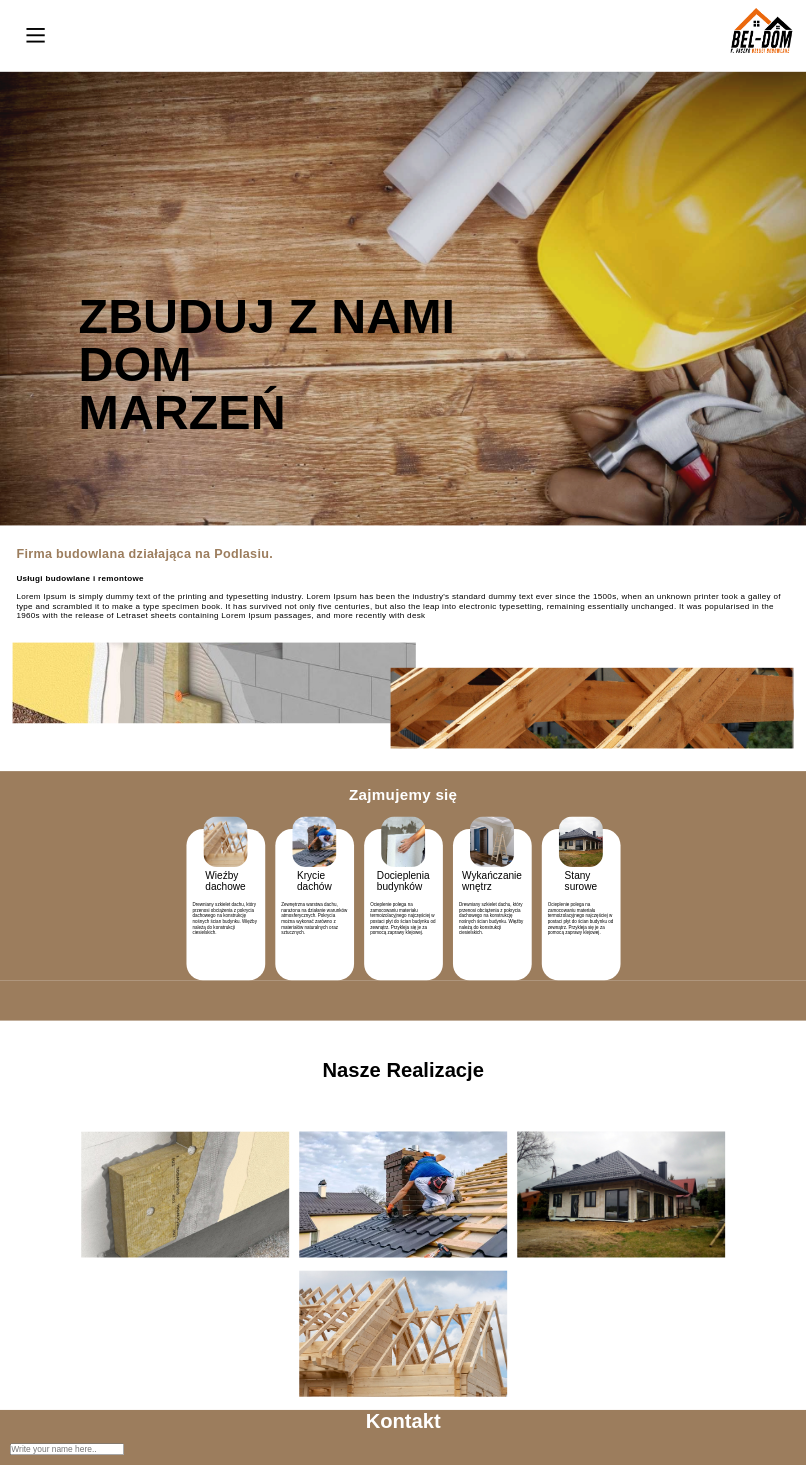
Repository: JakubPaszko2001/bel
Page: index.html
An editor plug-in stored every save of this project. The page is shown before and after the next save, followed by the edit.
The browser window is 1280 px wide. The pictures show the whole page, at 63% of full size.
Some web fonts or font styles are not loaded; a fallback is used.

Above is the page before, as saved 2022-03-05 16:29:16.

### index.html
<!DOCTYPE html>
<html lang="pl-PL">
<head>
    <meta charset="UTF-8">
    <meta http-equiv="X-UA-Compatible" content="IE=edge">
    <meta name="viewport" content="width=device-width, initial-scale=1.0">
    <title>BEL-DOM</title>
    <link rel="preconnect" href="https://fonts.googleapis.com">
    <link rel="preconnect" href="https://fonts.gstatic.com" crossorigin>
    <link href="https://fonts.googleapis.com/css2?family=Prompt:wght@300;400;700&display=swap" rel="stylesheet">
    <link rel="stylesheet" href="style.css">
    <link rel="stylesheet" href="lightbox.min.css">
    <script src="./js/lightbox-plus-jquery.min.js"></script>
</head>
<body>
<!-- HEADER -->
<header>
    <div class="container">
        <!-- SPAN -->
        <button class="hamburger">
            <span class="hamburger--menu">
                <span class="hamburger__inner"></span>
            </span>
        </button>
        <!-- LOGO -->
        <div class="header__logo">
            <img class="logo__pic" src="./images/logo.png" alt="logo">
        </div>
    </div>
</header>
<!-- MAIN -->
<main>
    <!-- NAV -->
    <div class="navigation">
        <ul class="navigation--list">
            <li class="navigation__item"><a href="#">jeden</a></li>
            <li class="navigation__item"><a href="#">dwa</a></li>
            <li class="navigation__item"><a href="#">trzy</a></li>
            <li class="navigation__item"><a href="#">cztery</a></li>
        </ul>
    </div>
    <!-- MAIN CONTAINER -->
    <div class="main--container">
        <div class="background__pic">
            <img src="./images/tlo1.png" alt="background">
        </div>
    <!-- TEXT ON IMG -->
        <h1 class="text">ZBUDUJ Z NAMI <br>DOM <br> MARZEŃ</h1>
    </div>
    <!-- TEXT -->
    <div class="main--text">
        <h1 class="main__text-h1">Firma budowlana działająca na Podlasiu.</h1>
        <h3 class="main__text-h3">Usługi budowlane i remontowe</h3>
        <h4 class="main__text-h4">Lorem Ipsum is simply dummy text of the printing and typesetting industry. Lorem Ipsum has been the industry's standard dummy text ever since the 1500s, when an unknown printer took a galley of type and scrambled it to make a type specimen book. It has survived not only five centuries, but also the leap into electronic typesetting, remaining essentially unchanged. It was popularised in the 1960s with the release of Letraset sheets containing Lorem Ipsum passages, and more recently with desk</h4>
    </div>
    <!-- PHOTOS -->
    <div class="main--photos">
        <img class="photo photo1" src="./images/docieplenie1.png" alt="photo2">
        <img class="photo photo2" src="./images/wiezby.png" alt="photo1">
    </div>
    <!-- CARDS -->
    <div class="cards--container">
        <h2 class="text-h2">Zajmujemy się</h2>
        <div class="cards--container__main">
            <div class="card">
                <div class="card-img">
                    <img class="card-img_style" src="./images/wiezby2.png" alt="wiezby">
                </div>
                <div class="card-title">
                    <div class="h1-title">Wieźby<br>dachowe</div>
                </div>
                <div class="card-text">
                    <div class="h1-text">Drewniany szkielet dachu, który przenosi obciążenia z pokrycia dachowego na konstrukcję nośnych ścian budynku. Więźby należą do konstrukcji ciesielskich.</div>
                </div>
            </div>
            <div class="card">
                <div class="card-img">
                    <img class="card-img_style" src="./images/krycie.png" alt="wiezby">
                </div>
                <div class="card-title">
                    <div class="h1-title">Krycie<br>dachów</div>
                </div>
                <div class="card-text">
                    <div class="h1-text">Zewnętrzna warstwa dachu, narażona na działanie warunków atmosferycznych. Pokrycia można wykonać zarówno z materiałów naturalnych oraz sztucznych.</div>
                </div>
            </div>
            <div class="card">
                <div class="card-img">
                    <img class="card-img_style" src="./images/docieplenie2.png" alt="wiezby">
                </div>
                <div class="card-title">
                    <div class="h1-title">Docieplenia<br>budynków</div>
                </div>
                <div class="card-text">
                    <div class="h1-text">Ocieplenie polega na zamocowaniu materiału termoizolacyjnego najczęściej w postaci płyt do ścian budynku od zewnątrz. Przykleja się je za pomocą zaprawy klejowej.</div>
                </div>
            </div>
            <div class="card">
                <div class="card-img">
                    <img class="card-img_style" src="./images/wnetrza.png" alt="wiezby">
                </div>
                <div class="card-title">
                    <div class="h1-title">Wykańczanie<br>wnętrz</div>
                </div>
                <div class="card-text">
                    <div class="h1-text">Drewniany szkielet dachu, który przenosi obciążenia z pokrycia dachowego na konstrukcję nośnych ścian budynku. Więźby należą do konstrukcji ciesielskich.</div>
                </div>
            </div>
            <div class="card">
                <div class="card-img">
                    <img class="card-img_style" src="./images/surowe.png" alt="wiezby">
                </div>
                <div class="card-title">
                    <div class="h1-title">Stany<br>surowe</div>
                </div>
                <div class="card-text">
                    <div class="h1-text">Ocieplenie polega na zamocowaniu materiału termoizolacyjnego najczęściej w postaci płyt do ścian budynku od zewnątrz. Przykleja się je za pomocą zaprawy klejowej.</div>
                </div>
            </div>
        </div>
    </div>
    <div class="brown"></div>
    <div class="realisation-text">
        <h1 class="realisation-h1">Nasze Realizacje</h1>
    </div>
    <div class="gallery">
        <a href="./images/docieplenie.png" data-lightbox="mygallery"><img class="gallery-img" src="./images/nazwa.png"></a>
        <a href="./images/krycie.png" data-lightbox="mygallery"><img class="gallery-img" src="./images/krycie.png"></a>
        <a href="./images/surowe.png" data-lightbox="mygallery"><img class="gallery-img" src="./images/surowe.png"></a>
        <a href="./images/wiezby2.png" data-lightbox="mygallery"><img class="gallery-img" src="./images/wiezby2.png"></a>
    </div>
    <div class="contact">
        <div class="contact-title">
            <h1>Kontakt</h1>
        </div>
        <div class="contact-text">
            <div class="contact-container">
                <form class="form">
                    <p class="black" type="Name:"><input placeholder="Write your name here.."></input></p>
                </form>
            </div>
        </div>
    </div>
</main>
<!-- JS -->
<script src="./js/script.js" type="text/javascript"></script>
</body>
</html>

### style.css
:root {
    /* WEIGHT */
    --ww-bold: 700;
    --ww-normal: 400;
    --ww-small: 300;
    /* COLORS */
    --color-orange: #EB680D;
    --color-white: #ffffff;
    --color-black: #000000;
    --color-brown: #9c7d5d;
    /* SPACING */
    --margin: 1.25em;
    --margin-left: 1.625em;
    /* FONT SIZE */
    --fs-12: 1.25em;
    --fs-10: 0.8em;

}
* {
    margin: 0;
    padding: 0;
    box-sizing: border-box;
    font-family: 'Prompt', sans-serif;
    /* font-family: Arial, Helvetica, sans-serif; */
}
img {
    width: 100%;
    object-fit: cover;
}
.logo__pic {
    width: 6.875em;
    height: 6.875em;
}
.container {
    display: flex;
    margin: 0 var(--margin);
    justify-content: space-between;
    align-items: center;
}
.hamburger {
    padding: var(--margin-left);
    display: inline-block;
    cursor: pointer;
    background: transparent;
    border: 0;
    margin: 0;
}
.hamburger--menu  {
    width: 2.1875em;
    height: var(--margin);
    display: inline-block;
    position: relative;
}
.hamburger__inner {
    z-index: 999;
    width: 100%;
    height: 3px;
    background-color: black;
    position: absolute;
    left: 0;
    top: 50%;
    transform: translateY(-50%);
    transition: background-color 0.1s 0.2s ease-in-out;
}
.hamburger__inner::before,
.hamburger__inner::after {
    content: '';
    width: 100%;
    height: 3px;
    background-color: var(--color-black);
    position: absolute;
    left: 0;
    transition: transform 0.2s 0.2s ease-in-out;

}
.hamburger__inner::before {
    /* transform: translateY(-10px); */
    top: -10px;
}
.hamburger__inner::after {
    /* transform: translateY(10px); */
    top: 10px;
}
.hamburger--active .hamburger__inner {
    background-color: transparent;
}
.hamburger--active .hamburger__inner::before {
    transform: translateY(10px) rotate(45deg);
    background-color: var(--color-orange);
}
.hamburger--active .hamburger__inner::after {
    transform: translateY(-10px) rotate(-45deg);
    background-color: var(--color-orange);
}
.navigation {
    position: absolute;
    top: 0;
    left: 0;
    width: 10.9375em;
    height: 100vh;
    background-color: var(--color-black);
    display: flex;
    flex-direction: column;
    align-items: center;
    transform: translateX(-200px);
    transition: transform 0.3s 0.1s ease-in-out;
    z-index: 100;
}
.navigation--active {
    transform: translateX(0px);
}
.navigation--list {
    list-style: none;
}
.navigation__item {
    margin-bottom: 2.5em;
}
li:first-child {
    margin-top: 9.375em;
}
a {
    text-decoration: none;
    color: var(--color-orange);
    font-size: var(--margin);
}
.main--container {
    position: relative;
    z-index: 1;
}
.text {
    position: absolute;
    bottom: 20%;
    margin-left: var(--margin-left);
    line-height: 1em;
    font-size: 6vw;
    font-weight: var(--ww-bold);
}
.main--text {
    letter-spacing: 0.5px;
    margin: 0 var(--margin-left);
}
.main__text-h1 {
    margin-top: 1.5em;
    margin-bottom: 1.0em;
    font-size: var(--fs-12);
    font-weight: var(--ww-bold);
    color: var(--color-brown);

}
.main__text-h3 {
    font-size: var(--fs-10);
    font-weight: var(--ww-bold);
    margin-bottom: 1em;
}
.main__text-h4 {
    font-size: var(--fs-10);
    font-weight: var(--ww-normal);
}
.main--photos {
    display: flex;
    justify-content: center;
    align-items: center;
    position: relative;
    width: 100%;
    /* border: violet solid; */
    height: 15em;
}
.photo {
    width: 100%;
    height: 8em;
}
.photo1 {
    transform: translate(20px,-20px);
}
.photo2 {
    transform: translate(-20px,20px);
}
.cards--container {
    background: var(--color-brown);
    /* height: 100vh; */
}

.text-h2 {
    padding-top: 1em;
    color: var(--color-white);
    text-align: center;
    letter-spacing: 0.5px;
    padding-bottom: 1.25em;
    /* border: violet solid; */
}
.cards--container__main {
    display: flex;
    flex-wrap: wrap;
    width: 100%;
    justify-content: center;
    align-items: center;
    gap: 1em;
}
.card {
    display: flex;
    flex-direction: column;
    position: relative;
    height: 15em;
    width: 7.8125em;
    /* height: 300px;
    width: 175px; */
    background-color: var(--color-white);
    border-radius: 1.625em;
    margin-top: 0.625em;
}
.card-img {
    display: flex;
    height: 3.75em;
    justify-content: center;
    /* border: black solid; */

}
.card-img_style {
    width: 4.375em;
    height: 5em;
    border-radius: 1.3125em;
    position: absolute;
    top: -20px;
}
.card-title {
    height: 3.125em;
    width: 100%;
    margin-top: 5px;
    /* border: yellow solid; */
}
.h1-title {
    display: flex;
    justify-content: center;
    align-items: center;
    font-weight: var(--ww-normal);
}
.card-text {
    width: 100%;
    height: 100px;
    display: flex;
    flex-wrap: nowrap;
    /* border: green solid; */
}
.h1-text {
    font-size: 0.45em;
    font-weight: var(--ww-normal);
    padding: 0px 10px 10px 10px;
}
.brown {
    display: flex;
    width: 100%;
    height: 4em;
    background-color: var(--color-brown);
}
.realisation-text {
    display: flex;
    justify-content: center;
    align-items: center;
    height: 10em;
}
.gallery {
    display: flex;
    justify-content: center;
    align-items: center;
    flex-wrap: wrap;
    gap: 1em;
    padding: 1em 1em;
}
.gallery-img {
    width: 330px;
    height: 200px;
}
.contact {
    background-color: var(--color-brown);
    display: flex;
    flex-direction: column;
    color: var(--color-white);
}
.contact-title {
    display: flex;
    justify-content: center;
    align-items: center;
}
.contact-text {
    margin: 2em;
    font-size: 0.5em;
    font-weight: 100;
}
.contact-style {
    margin-bottom: 0.3em;
}
.contact-container{

}
.black {
    color: black;

}

### js/script.js
const hamburger = document.querySelector('.hamburger');
const Click = () => {
    hamburger.classList.toggle('hamburger--active');
}
hamburger.addEventListener('click',Click);

Loaded but not shown: lightbox.min.css (common file); js/lightbox-plus-jquery.min.js (library)

After the next save:
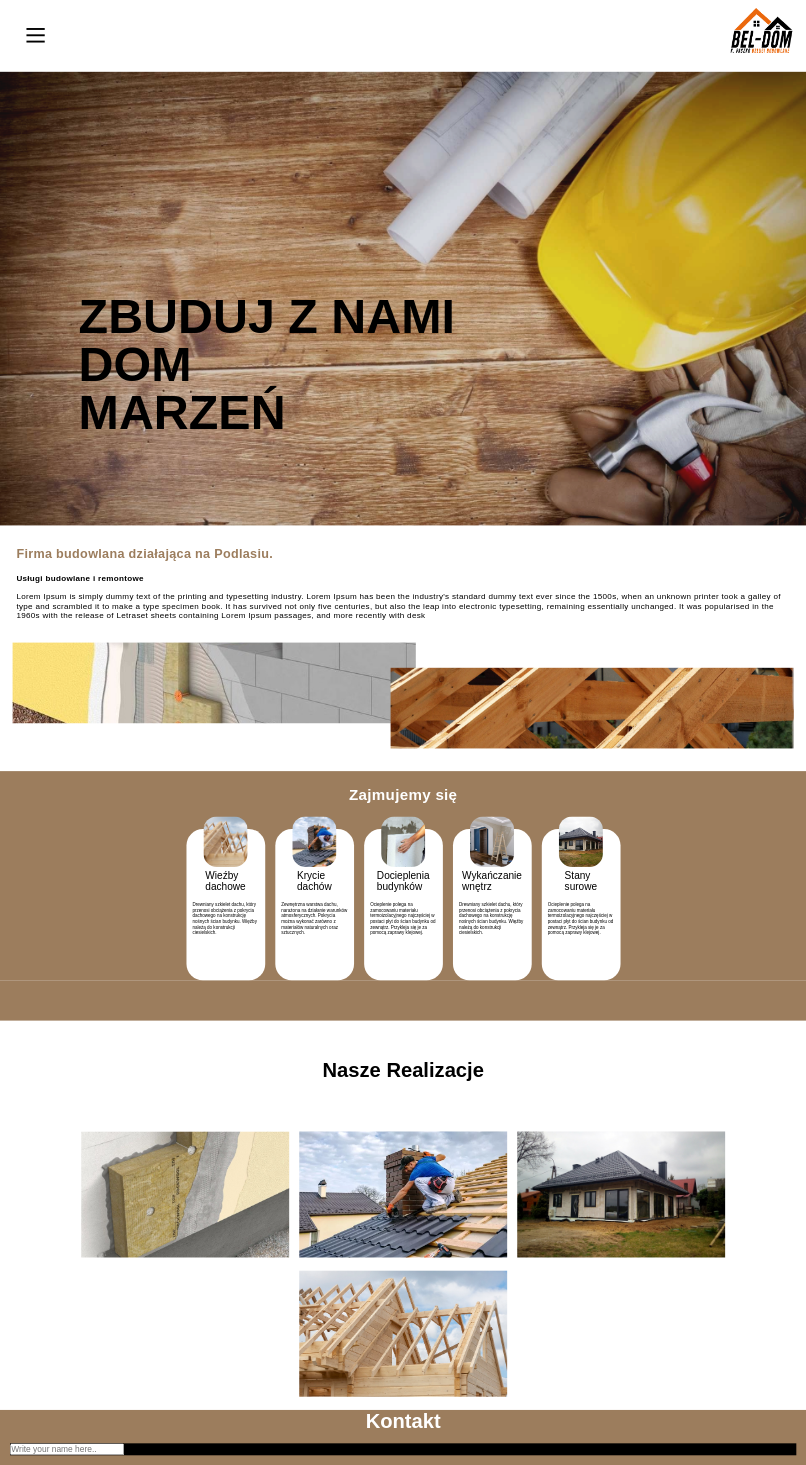
Saved 7 s later.
--- a/style.css
+++ b/style.css
@@ -294,5 +294,5 @@
 }
 .black {
     color: black;
-
-}
+    background-color: black;
+}

After the save that followed:
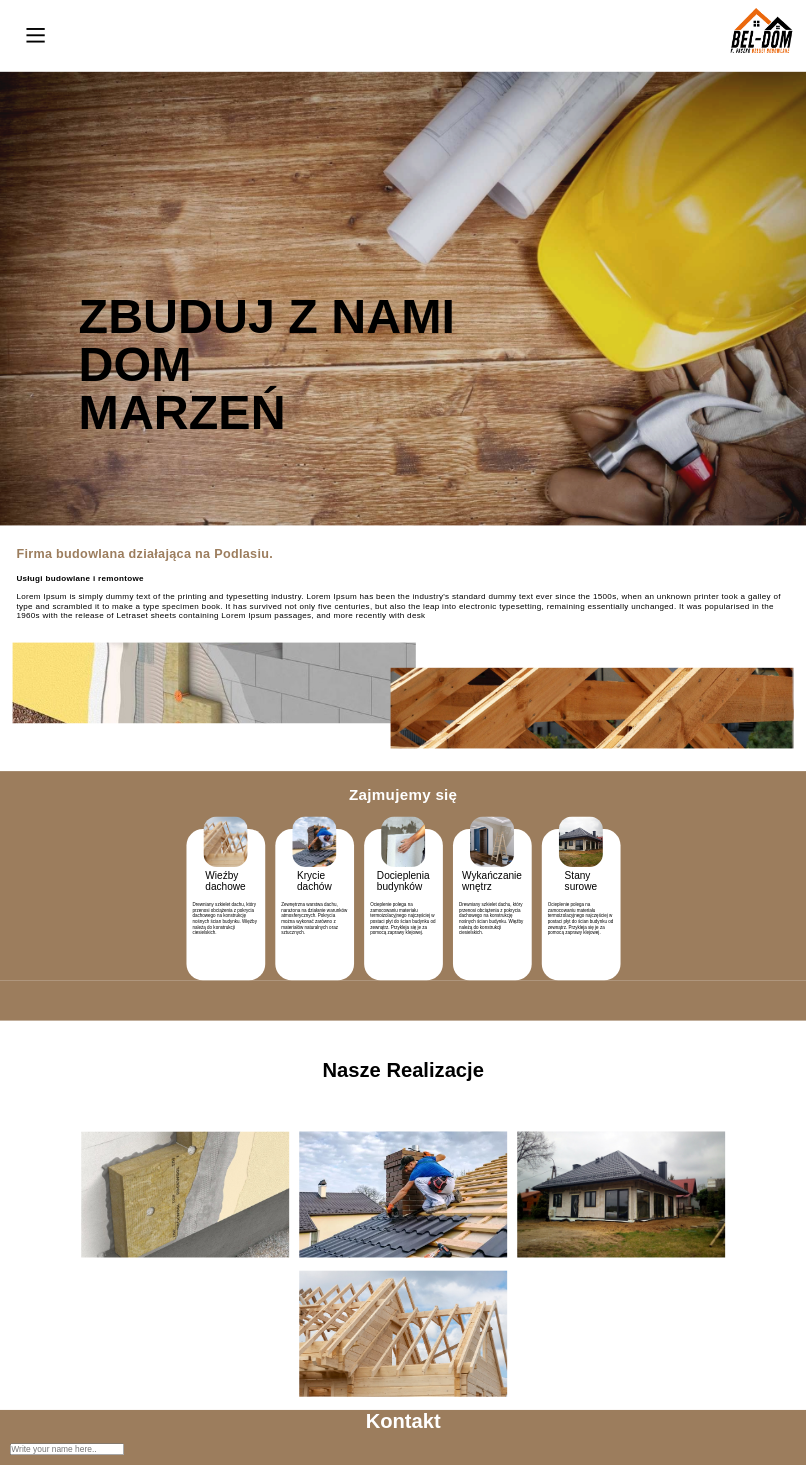
Saved 10 s later.
--- a/style.css
+++ b/style.css
@@ -292,7 +292,3 @@
 .contact-container{
 
 }
-.black {
-    color: black;
-    background-color: black;
-}
